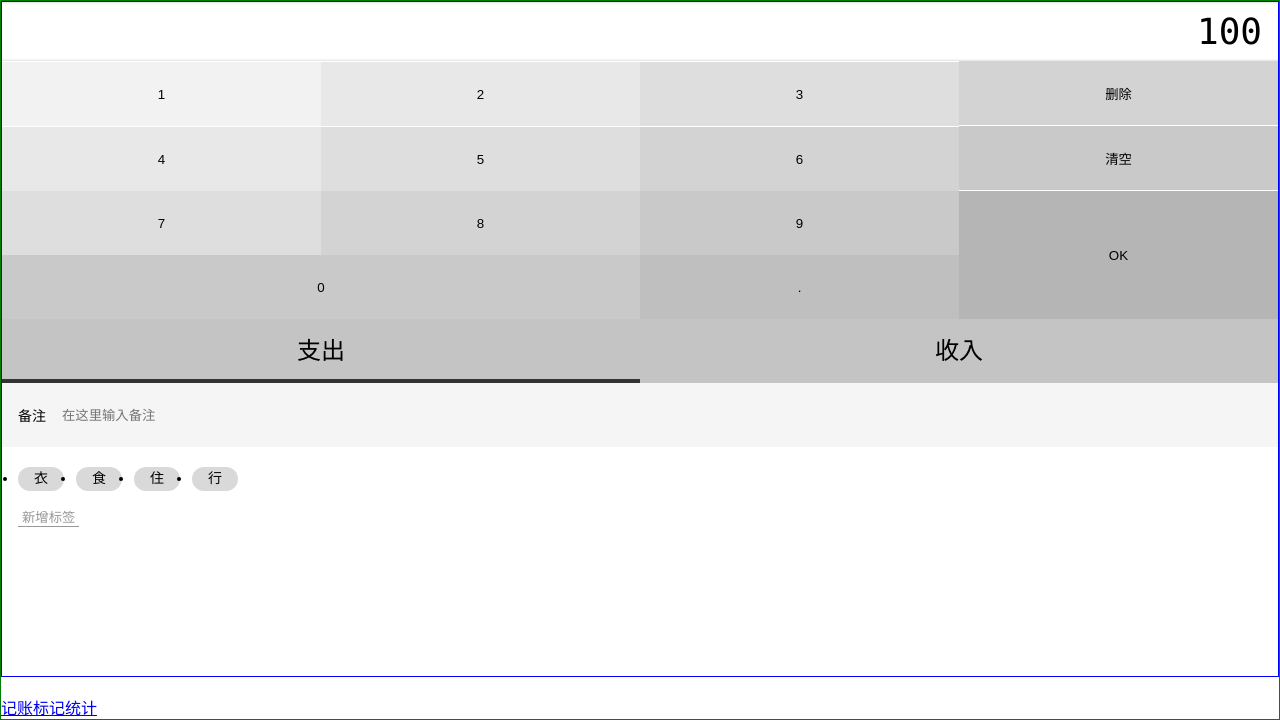
Repository: jiujiu407/bookkeeping
Page: /
An editor plug-in stored every save of this project. The page is shown before and after a run of saves, followed by the edit.
The browser window is 1280 px wide. The pictures show the whole page.
The project was rebuilt for these pictures with package versions that can differ from the ones it lists, and the page was loaded fresh each time. Also part of the build but not shown: vue.config.js, src/views/Labels.vue, src/views/Statistics.vue, src/views/NotFound.vue.

Above is the page before, as saved 2021-10-19 14:42:39.

### src/main.ts
import Vue from 'vue'
import App from './App.vue'
import './registerServiceWorker'
import router from './router'
import store from './store'
import Nav from '@/components/Nav.vue';
import Layout from '@/components/Layout.vue';
import Icon from '@/components/Icon.vue';

Vue.config.productionTip = false
Vue.component('Nav',Nav)
Vue.component('Layout',Layout)
Vue.component('Icon',Icon)
new Vue({
  router,
  store,
  render: h => h(App)
}).$mount('#app')

### src/App.vue
import router from '../.history/src/router/index_20211014144307';
<template>
<div>
  <router-view/>
</div>
</template>

<style lang="scss">
*{
  margin: 0;
  padding: 0;
  box-sizing: border-box;
}
#app {
  font-family: Avenir, Helvetica, Arial, sans-serif;
  -webkit-font-smoothing: antialiased;
  -moz-osx-font-smoothing: grayscale;
  text-align: center;
  color: #2c3e50;
}

#nav {
  padding: 30px;

  a {
    font-weight: bold;
    color: #2c3e50;

    &.router-link-exact-active {
      color: #42b983;
    }
  }
}
</style>

### src/router/index.ts
import Vue from 'vue'
import VueRouter, { RouteConfig } from 'vue-router'
import Money from '@/views/Money.vue'
import Labels from '@/views/Labels.vue'
import Statistics from '@/views/Statistics.vue'
import NotFound from '@/views/NotFound.vue'
Vue.use(VueRouter)

const routes: Array<RouteConfig> = [
  {
    // 根路径，重定向到money页面
    path:'/',
    redirect:'/money'
  },
 {
   path:'/money',
   component:Money
 },
 {
   path:'/labels',
   component:Labels
 },
 {
  path:'/statistics',
  component:Statistics
},
{
  // '*'指除了上面四个页面外的其他所有页面
  path:'*',
  component:NotFound
}
]

const router = new VueRouter({
  routes
})

export default router

### src/components/Nav.vue
<template>
    <nav>
    <router-link to="/money" class="item">
   <Icon name="money"></Icon>
    记账</router-link>
    <router-link to="/labels" class="item">
    <Icon name="label"></Icon>
    标记</router-link>
    <router-link to="/statistics" class="item">
    <Icon name="statistics"></Icon>
    统计</router-link>
  </nav>
</template>

<script lang="ts">
import Vue from 'vue'
export default Vue.extend({

})
</script>

// scoped:样式只在当前组件范围生效
<style lang="scss" scoped>
nav{
  display: flex;

  >.item{

  }
}


</style>

### src/components/Layout.vue
<template>
    <div class="nav-wrapper">
        <div class="content">
           <slot></slot>
        </div>
     <Nav />
    </div>
</template>

<script>
    export default {

    }
</script>

<style lang="scss" scoped>
.nav-wrapper{
    border:1px solid green;
    display:flex;
    flex-direction: column;
    height: 100vh;
}
.content{
    // 1的意思是尽量把所有的高度都给content,其他部分占剩下的
    flex-grow: 1;
    overflow: auto;
    border: 1px solid blue;
}
</style>

### src/components/Icon.vue
<template>
    <div>
 <svg class="icon">
        <use :xlink:href="'#'+name"/>
    </svg>
    </div>
</template>

<script lang="ts">
let importAll = (requireContext: __WebpackModuleApi.RequireContext) => requireContext.keys().forEach(requireContext);
try{
    importAll(require.context('../assets/icons',true,/\.svg$/));
    }catch(error){
 console.log(error)
    }
    export default {
        props:['name']
    }
</script>

<style lang="scss" scoped>
   .icon{
       width: 1em;
       height: 1em;
       vertical-align: -0.15em;
       fill: currentColor;
       overflow: hidden;
   }
</style>

### src/views/Money.vue
import Money from '@/views/Money.vue';
import Layout from '@/components/Layout.vue';
<template>
    <div>
        <Layout class-prefix="layout">
          <div class="numberPad">
            <div class="output">100</div>
            <div class="buttons">
              <button>1</button>
              <button>2</button>
              <button>3</button>
              <button>删除</button>
              <button>4</button>
              <button>5</button>
              <button>6</button>
              <button>清空</button>
              <button>7</button>
              <button>8</button>
              <button>9</button>
              <button class="ok">OK</button>
              <button class="zero">0</button>
              <button>.</button>
            </div>
          </div>
          <div>
            <ul class="types">
              <li class="selected">支出</li>
              <li>收入</li>
            </ul>
          </div>
          <div>
            <label class="notes">
              <span class="name">备注</span>
              <input type="text" placeholder="在这里输入备注">
            </label>
          </div>
          <div class="tags">
            <div class="new">
              <button>新增标签</button>
            </div>
            <ul class="current">
              <li>衣</li>
              <li>食</li>
              <li>住</li>
              <li>行</li>
            </ul>
          </div>
        </Layout>
    </div>
</template>

<script>
    export default {
        name: "Money",
    }
</script>
<style lang="scss">
.layout-content{
  display: flex;
  flex-direction: column-reverse;
}
</style>
<style lang="scss" scoped>
@import "src/assets/style/helper";
.numberPad{
  .output{
    @extend %clearFix;
    @extend %innerShadow;
    font-size: 36px;
    font-family: Consolas, monospace;
    padding: 9px 16px;
    text-align: right;
  }
  .buttons{
    @extend %clearFix;
    > button{
      width: 25%;
      height: 64px;
      background: transparent;
      border: none;
      &.ok{
        height: 64*2px;
        float: right;
      }
      &.zero {
        width: 25% * 2;
      }
      $bg: #f2f2f2;
      &:nth-child(1){
        background: $bg;
      }
      &:nth-child(2),&:nth-child(5){
        background: darken($bg,4%);
      }
      &:nth-child(3),&:nth-child(6),&:nth-child(9){
        background: darken($bg,4*2%);
      }
      &:nth-child(4),&:nth-child(7),&:nth-child(10){
        background: darken($bg,4*3%);
      }
      &:nth-child(8),&:nth-child(11),&:nth-child(13){
        background: darken($bg,4*4%);
      }
      &:nth-child(14){
        background: darken($bg,4*5%);
      }
      &:nth-child(12){
        background: darken($bg,4*6%);
      }

    }
  }
}
.types{
  background: #c4c4c4;
  display: flex;
  text-align: center;
  font-size: 24px;
  > li {
    width: 50%;
    line-height: 64px;
    display: flex;
    justify-content: center;
    align-items: center;
    position: relative;
    &.selected::after {
      content: '';
      position: absolute;
      bottom: 0;
      left: 0;
      width: 100%;
      height: 4px;
      background: #333;
    }
  }
}
.notes{
  font-size: 14px;
  background: #f5f5f5;
  display: flex;
  padding-left: 16px;
  align-items: center;
  .name{
      padding-right: 16px;
  }
  input{
     height: 64px;
    flex-grow: 1;
    background: transparent;
    border: none;
    padding-right: 16px;
  }
}
.tags {
  font-size: 14px;
  padding: 16px;
  flex-grow: 1;
  display: flex;
  flex-direction: column-reverse;
  > .current {
    display: flex;
    flex-wrap: wrap;
    > li{
      background: #d9d9d9;
      $h:24px;
      height: $h;
      border-radius: $h/2;
      padding: 0 16px;
      margin-right: 12px;
      line-height: $h;
      margin-top: 4px;
    }
  }
  > .new{
    padding-top: 16px;
    button{
      background: transparent;
      border: none;
      color: #999;
      border-bottom: 1px solid;
      padding: 0 4px;
    }
  }
}
</style>

### src/assets/style/helper.scss
$font-hei: -apple-system, "Helvetica Neue", Helvetica, "Nimbus Sans L", Arial, "Liberation Sans", "PingFang SC", "Hiragino Sans GB", "Source Han Sans CN", "Source Han Sans SC", "Microsoft YaHei", "Wenquanyi Micro Hei", "WenQuanYi Zen Hei", "ST Heiti", SimHei, "WenQuanYi Zen Hei Sharp", sans-serif;
$font-kai:Baskerville, Georgia, "Liberation Serif", "Kaiti SC", STKaiti, "AR PL UKai CN", "AR PL UKai HK", "AR PL UKai TW", "AR PL UKai TW MBE", "AR PL KaitiM GB", KaiTi, KaiTi_GB2312, DFKai-SB, "TW\-Kai", serif;
$font-song: Georgia, "Nimbus Roman No9 L", "Songti SC", STSong, "AR PL New Sung", "AR PL SungtiL GB", NSimSun, SimSun, "TW\-Sung", "WenQuanYi Bitmap Song", "AR PL UMing CN", "AR PL UMing HK", "AR PL UMing TW", "AR PL UMing TW MBE", PMingLiU, MingLiU, serif;
$color-hughlight: #f00;

%clearFix{
  &::after{
    content: '';
    clear: both;
    display: block;
  }
}
$color-shadow: rgba(0,0,0,0.25);
%outerShadow{
  box-shadow: 0 0 3px $color-shadow;
}
%innerShadow{
  box-shadow: inset 0 -3px 3px -3px $color-shadow,
  inset 0 3px 3px -3px $color-shadow;
}

Loaded but not shown: public/index.html (common file); src/registerServiceWorker.ts (common file); src/store/index.ts (common file)

After the next 9 saves:
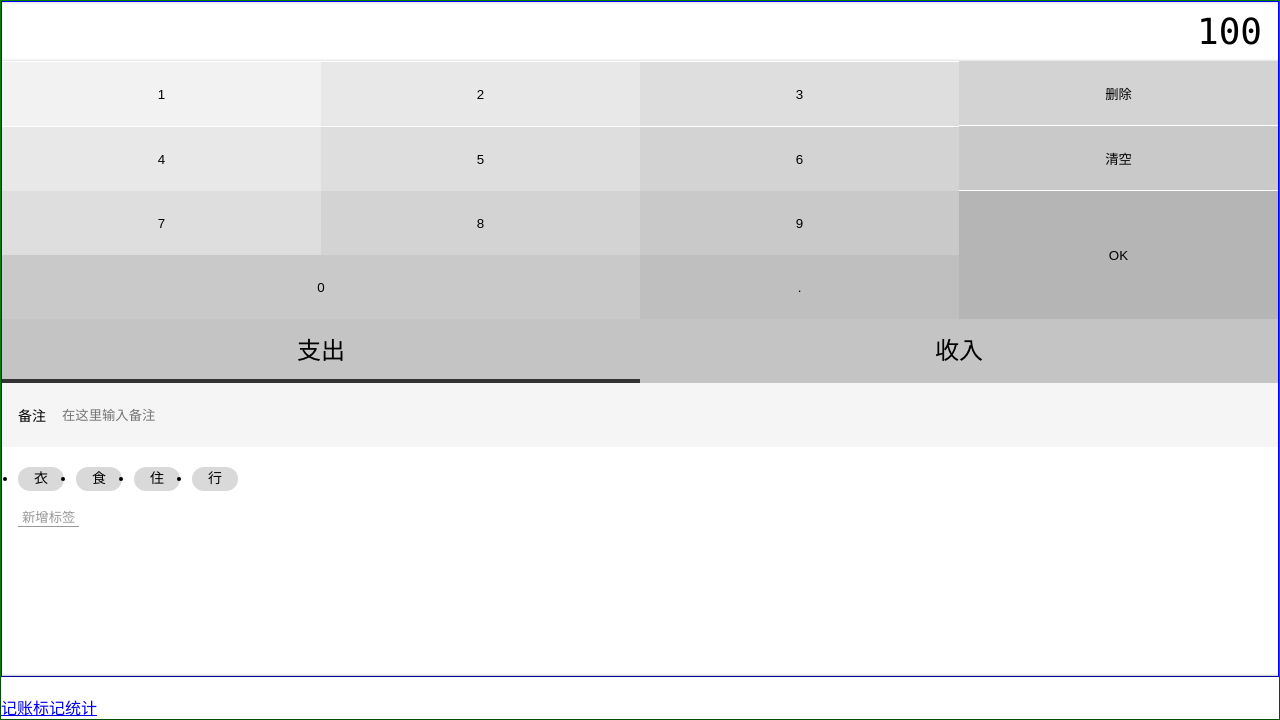
The 9 saves are shown as one change because 2 did not build or start and some came seconds apart.
The last was saved 25 s later.
--- a/src/components/Nav.vue
+++ b/src/components/Nav.vue
@@ -23,7 +23,7 @@ export default Vue.extend({
 <style lang="scss" scoped>
 nav{
   display: flex;
-
+  box-shadow: 0 0 3px rgba(0,0,0,1);
   >.item{
 
   }
